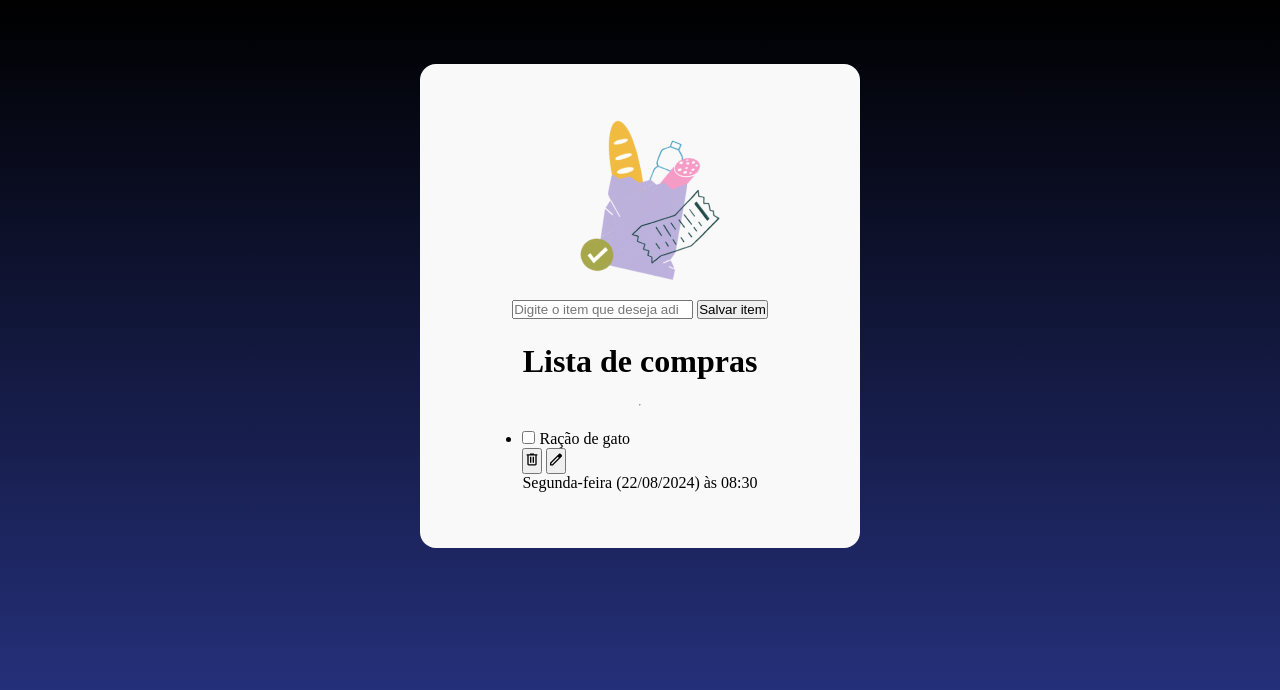
Repository: joaoPraiaJunior/compras_js
Page: index.html
The author's editor kept a copy of each file at every save. The page is drawn from the files as they stood at one save, then again after the next save.
The browser window is 1280 px wide. The pictures show the whole page.
Some web fonts or font styles are not loaded; a fallback is used.

Above is the page before, as saved 2024-08-22 19:58:29.

### index.html
<!DOCTYPE html>
<html lang="pt-BR" dir="ltr">

<head>
    <meta charset="UTF-8">
    <meta name="viewport" content="width=device-width, initial-scale=1.0">
    <meta name="description" content="Lista de compras">
    <title>Lista de Compras</title>
    <link rel="preconnect" href="https://fonts.googleapis.com">
    <link rel="preconnect" href="https://fonts.gstatic.com" crossorigin>
    <link href="https://fonts.googleapis.com/css2?family=Krona+One&family=Montserrat&family=Numans&display=swap" rel="stylesheet">
    <link rel="stylesheet" href="./css/styles.css">
</head>

<body>
    <header>
        <img src="./img/bag.png" alt="sacola de compras">
    </header>
    <main>
        <form>
            <input type="search" name="busca" placeholder="Digite o item que deseja adicionar">
            <button>Salvar item</button>
        </form>
        <h1>Lista de compras</h1>
        <hr>

        <ul>
            <li>
                <div>
                    <div>
                        <input type="checkbox" name="produto" id="racao_de_gato">
                        <label for="racao_de_gato">Ração de gato</label>
                    </div>
                    <div>
                        <button><img src="./img/delete.svg" alt="Deletar"></button>
                        <button><img src="./img/edit.svg" alt="Editar"></button>
                    </div>
                </div>
                <p>Segunda-feira (<time datetime="2024-08-22">22/08/2024</time>) às <time>08:30</time></p>
            </li>
        </ul>
    </main>
</body>

</html>

### css/styles.css
* {
    box-sizing: border-box;
    margin: 0;
    padding: 0;
}

html {
    font-size: 62.5%;
}

:root {
    --cor-primaria: #F55B64;
    --cor-secundaria: #C2373F;
    --neutro: #F9F9F9;
    --preto: #131730;
    --fonte-titulo: "Krona One", sans-serif;
    --fonte-texto: 'Numans', sans-serif;
    --degrade-azul: linear-gradient(180deg, #000000 0%, #26327F 100%);
}

body {
    display: flex;
    flex-direction: column;
    align-items: center;
    background: var(--degrade-azul);
    background-repeat: no-repeat;
    font-size: 1.6rem;
    height: 100vh;
}

header {
    text-align: center;
    margin-top: 6.4rem;
    background-color: var(--neutro);
    border-radius: 1.6rem 1.6rem 0 0;
    padding: 5.6rem 5.6rem 1.6rem 5.6rem;
    width: 44.0rem;

}

main {
    display: flex;
    flex-direction: column;
    align-items: center;
    gap: 2.4rem;
    background-color: var(--neutro);
    border-radius: 0 0 1.6rem 1.6rem;
    padding: 0 5.6rem 5.6rem 5.6rem;
    width: 44.0rem;
}

h2 {
    font-family: var(--fonte-titulo);
    font-size: 2.0rem;
    color: var(--cor-primaria);
    line-height: 3.3rem;
}

After the next save:
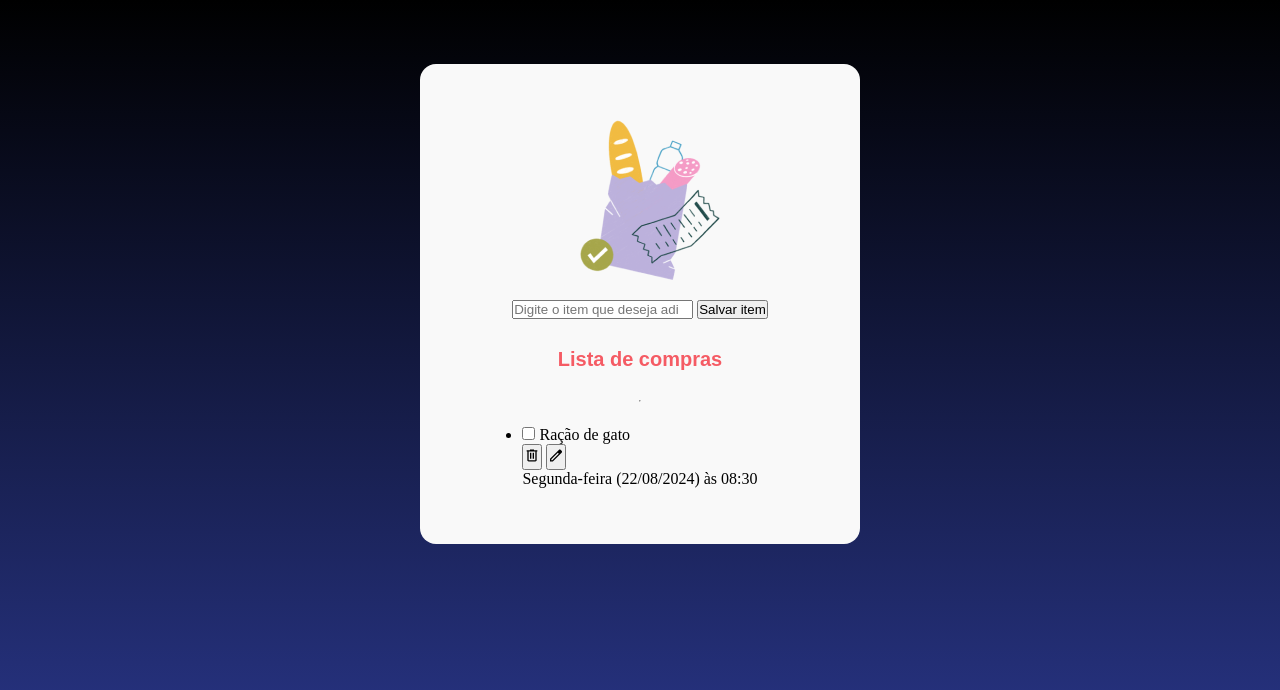
Saved 5 s later.
--- a/css/styles.css
+++ b/css/styles.css
@@ -49,7 +49,7 @@ main {
     width: 44.0rem;
 }
 
-h2 {
+h1 {
     font-family: var(--fonte-titulo);
     font-size: 2.0rem;
     color: var(--cor-primaria);
